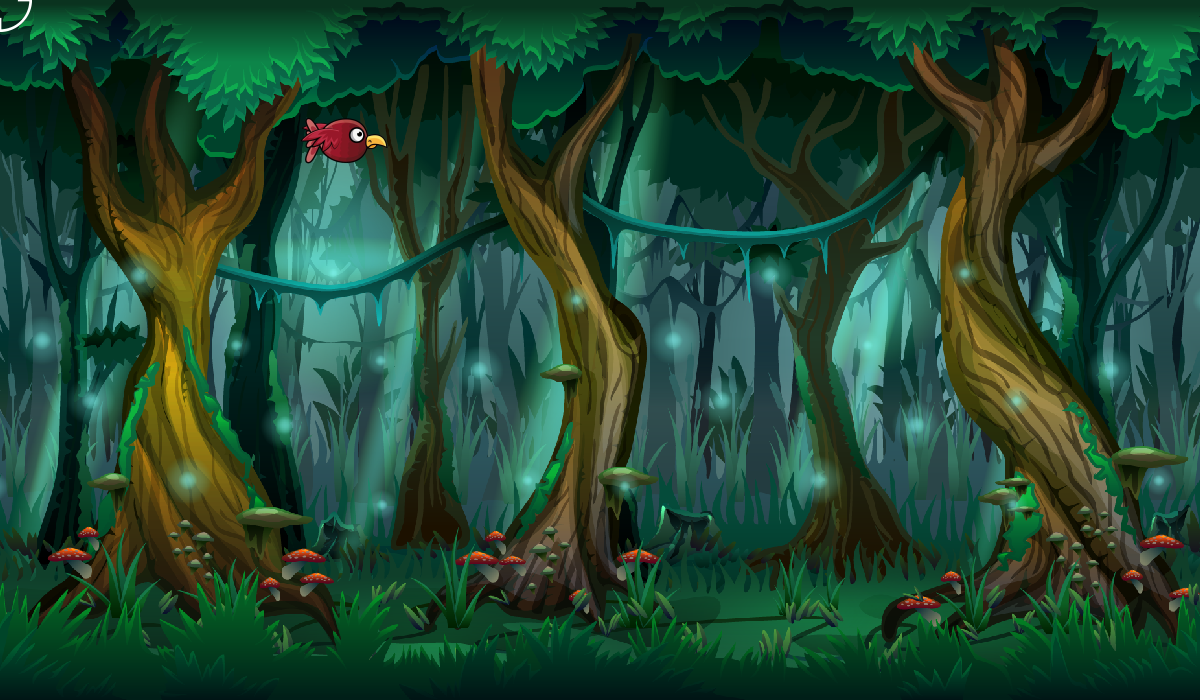
Repository: mys-pro/demo_shooting_bird_vision
Script's output: python main.py
The author's editor kept a copy of each file at every save. The script's output is drawn from the files as they stood at one save, then again after the next save.
The window is shown after at most 60 frames with no key pressed. Random numbers start from a fixed seed. It also reads assets/images/backgrounds/Cartoon_Forest_BG_01.png, assets/images/backgrounds/Cartoon_Forest_BG_02.png, assets/images/backgrounds/Cartoon_Forest_BG_03.png, assets/images/backgrounds/Cartoon_Forest_BG_04.png, assets/images/birds/bird1/b-1.png, assets/images/birds/bird1/b-2.png, assets/images/birds/bird1/b-3.png, assets/images/birds/bird1/b-4.png, assets/images/icon.png, assets/images/viewfinder.png.

Above is the script's output before, as saved 2024-06-16 16:22:03.

### main.py
import pygame
import os
import random
import sys

# Khởi tạo pygame
pygame.init()
pygame.display.set_caption("Shooting Bird")
icon = pygame.image.load('assets/images/icon.png')
pygame.display.set_icon(icon)

SCREEN_WIDTH, SCREEN_HEIGHT = 1200, 700
FPS = 60
SCREEN = pygame.display.set_mode((SCREEN_WIDTH, SCREEN_HEIGHT))

# Xử lý ống ngắm
class viewFinder:
    def __init__ (self):
        pygame.event.set_grab(True)
        pygame.mouse.set_visible(False)
        self.image = pygame.image.load('assets/images/viewfinder.png').convert_alpha()
        self.image_copy = self.image.copy()
        self.image_smaller = pygame.transform.scale(self.image_copy, (self.image_copy.get_width() // 2, self.image_copy.get_height() // 2))
        self.rect = self.image_smaller.get_rect()
        self.rect.center = (SCREEN_WIDTH // 2, SCREEN_HEIGHT // 2)

    def follow_mouse(self):
        self.rect.center = pygame.mouse.get_pos()

    def draw(self, screen):
        screen.blit(self.image, self.image.get_rect(center=self.rect.center).topleft)

# Khởi tạo con chim
class bird:
    def __init__(self, x, y):
        self.images = []
        folder_path = 'assets/images/birds/bird1'
        for file_name in os.listdir(folder_path):
            full_path = os.path.join(folder_path, file_name)
            if os.path.isfile(full_path):
                self.images.append(pygame.image.load(full_path).convert_alpha())
        self.index = 0
        self.image = self.images[self.index]
        self.rect = self.image.get_rect()
        self.rect.x = x
        self.rect.y = y
        self.velocity = 10  # Tốc độ mặc định

    def update(self):
        # Cập nhật chỉ số hình ảnh để tạo hiệu ứng hoạt hình
        self.index = (self.index + 1) % len(self.images)
        self.image = self.images[self.index]

        # Di chuyển đối tượng sang phải
        self.rect.x += self.velocity

        if self.rect.left > SCREEN_WIDTH:
            self.kill()

    def draw(self, screen):
        screen.blit(self.image, self.rect)

# Lấy background ngẫu nhiên
def get_background(folder_path, SCREEN_WIDTH, SCREEN_HEIGHT):
    backgrounds = []
    for file_name in os.listdir(folder_path):
        full_path = os.path.join(folder_path, file_name)
        if os.path.isfile(full_path):
             backgrounds.append(pygame.image.load(full_path).convert())

    bg = random.choice(backgrounds)
    bg_width, bg_height = bg.get_size()
    scale_factor = max(SCREEN_WIDTH / bg_width, SCREEN_HEIGHT / bg_height)

    new_width = int(bg_width * scale_factor)
    new_height = int(bg_height * scale_factor)
    bg = pygame.transform.scale(bg, (new_width, new_height))

    bg_x = (SCREEN_WIDTH - new_width) // 2
    bg_y = (SCREEN_HEIGHT - new_height) // 2
    return bg, bg_x, bg_y

explosion_group = pygame.sprite.Group()

# Vẽ hình ảnh
def draw(SCREEN, background, view_finder, bird):
    bg, bg_x, bg_y = background
    SCREEN.blit(bg, (bg_x, bg_y))

    bird.update()
    # Vẽ đối tượng lên màn hình
    bird.draw(SCREEN)

    view_finder.follow_mouse()
    view_finder.draw(SCREEN)
    pygame.display.update()

def main(SCREEN):
    background = get_background('assets/images/backgrounds/', SCREEN_WIDTH, SCREEN_HEIGHT) # Gọi hàm get_background
    view_finder = viewFinder()
    b = bird(0, 100)
    running = True
    while running:
        for event in pygame.event.get():
            if event.type == pygame.QUIT or (event.type == pygame.KEYDOWN and event.key == pygame.K_ESCAPE):
                running = False

        draw(SCREEN, background, view_finder, b)

        pygame.display.update()
        pygame.time.Clock().tick(FPS)
    pygame.quit()

if __name__ == "__main__":
    main(SCREEN)

After the next save:
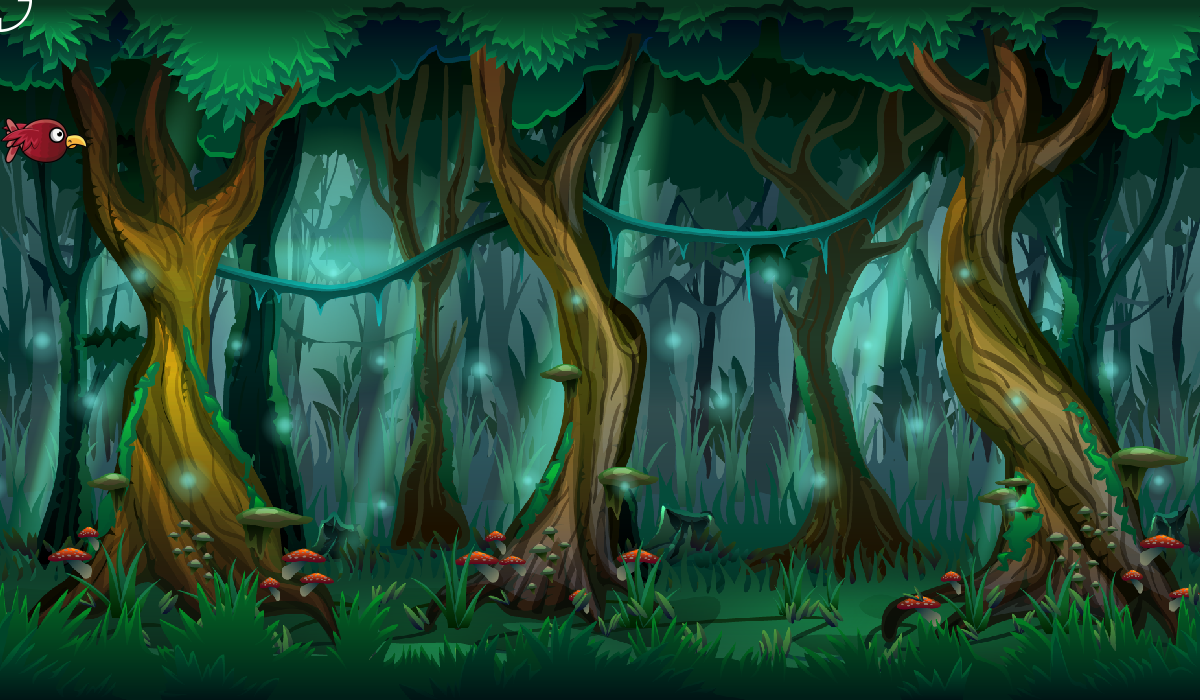
Saved 10 s later.
--- a/main.py
+++ b/main.py
@@ -44,7 +44,7 @@ class bird:
         self.rect = self.image.get_rect()
         self.rect.x = x
         self.rect.y = y
-        self.velocity = 10  # Tốc độ mặc định
+        self.velocity = 0.2  # Tốc độ mặc định
 
     def update(self):
         # Cập nhật chỉ số hình ảnh để tạo hiệu ứng hoạt hình
